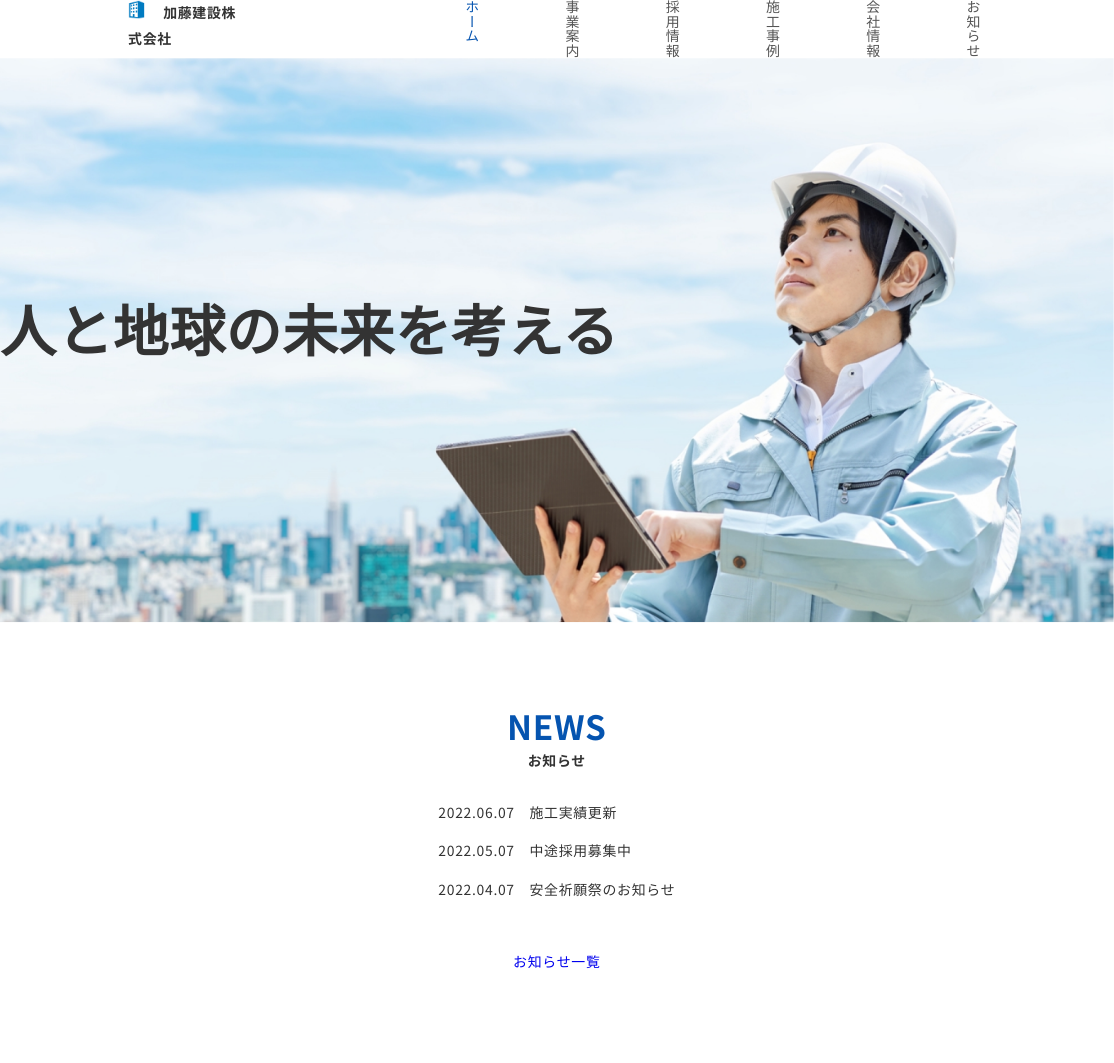
Repository: nozomi-23/hp1_test
Page: index.html
An editor plug-in stored every save of this project. The page is shown before and after a run of saves, followed by the edit.
The browser window is 1280 px wide. The pictures show the whole page, at 87% of full size.

Above is the page before, as saved 2022-06-12 11:11:45.

After the next 2 saves:
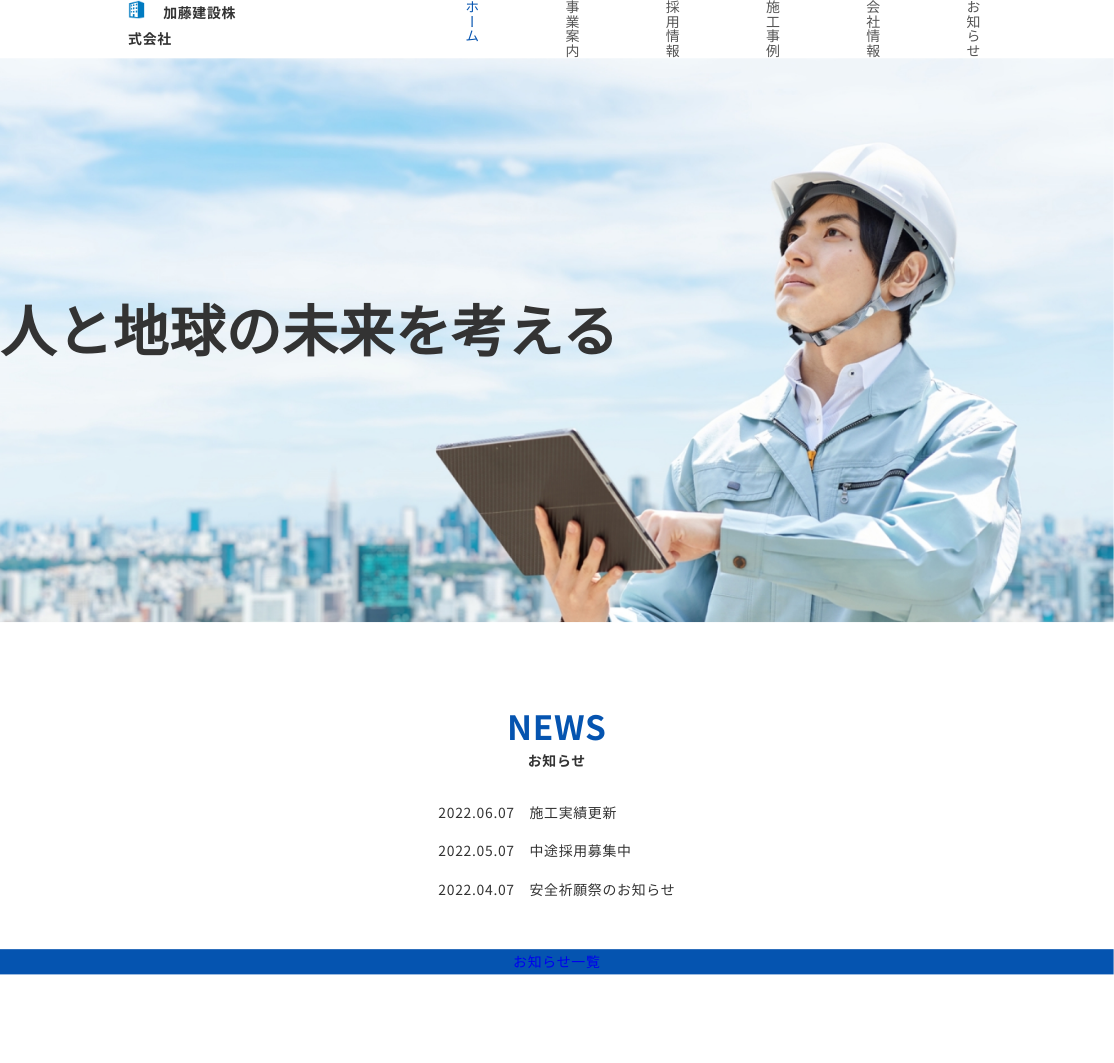
The 2 saves are shown as one change because they came seconds apart.
The last was saved 6 s later.
--- a/css/common1.css
+++ b/css/common1.css
@@ -33,4 +33,5 @@ a {
 /* ボタン */
 .btn {
   color: #fff;
+  background-color: #0554B0;
 }
